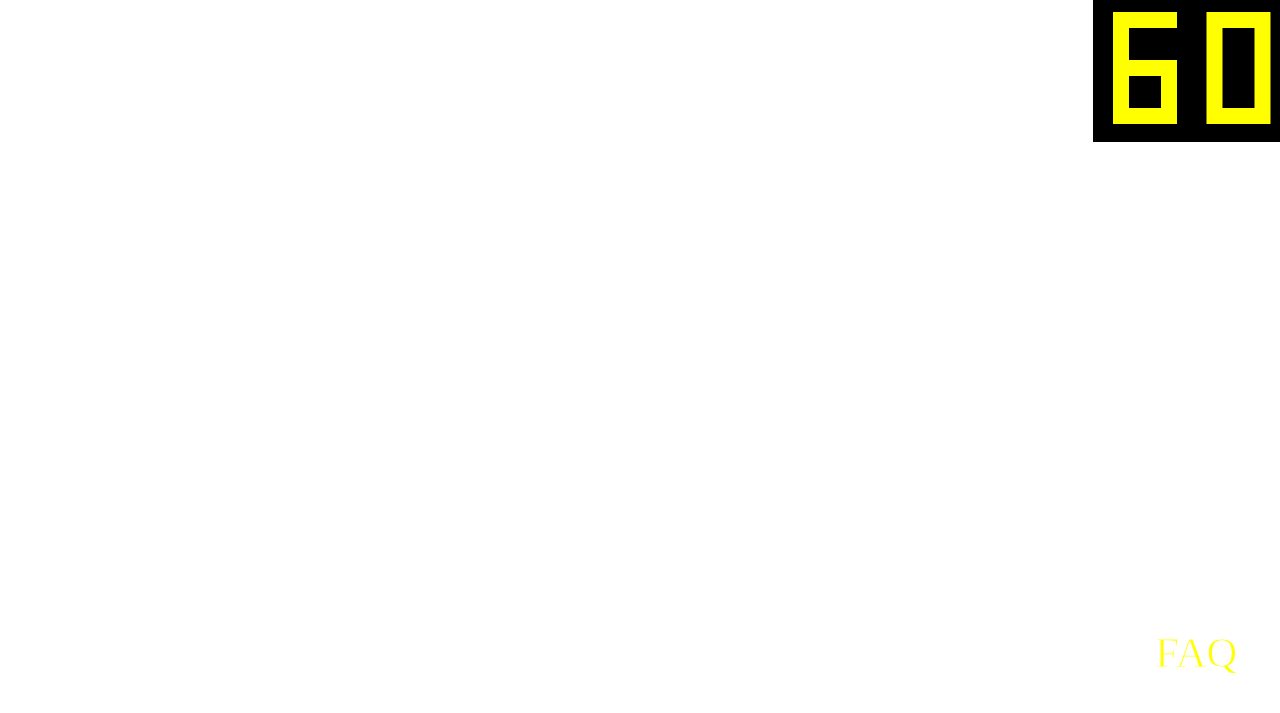
Repository: aliendetonator/fake-fraps-counter
Page: index.html
An editor plug-in stored every save of this project. The page is shown before and after the next save, followed by the edit.
The browser window is 1280 px wide. The pictures show the whole page.

Above is the page before, as saved 2023-08-31 04:23:53.

After the next save:
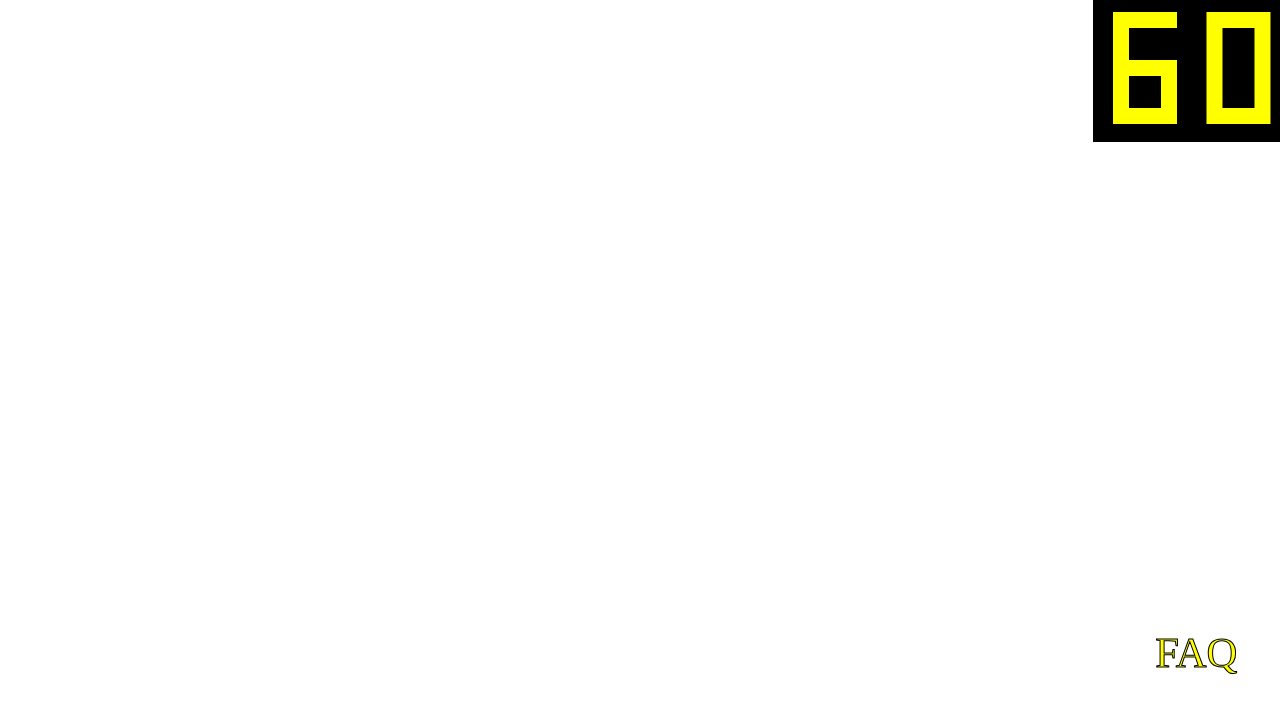
Saved 14 s later.
--- a/src/css/index.css
+++ b/src/css/index.css
@@ -42,5 +42,5 @@ footer a:hover{
 }
 
 footer a{
-    -webkit-text-stroke: 1px #FFF;
+    -webkit-text-stroke: 1px #000;
 }
